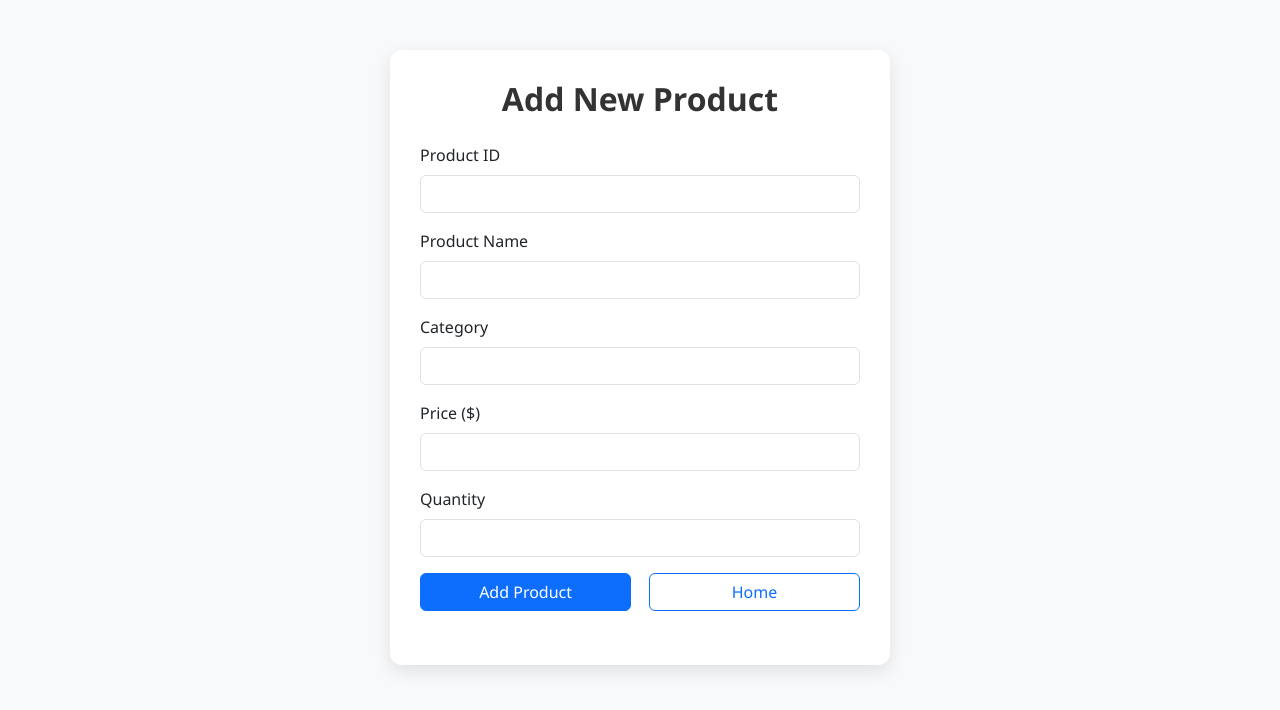
Repository: srushtinb/ProductManagementSystem
Page: http://localhost/ProductManagementSystem/productadd.jsp
The author's editor kept a copy of each file at every save. The page is drawn from the files as they stood at one save, then again after the next save.
The browser window is 1280 px wide. The pictures show the whole page.
Some web libraries are served in a nearby version. The page is served by Tomcat 9. Other server files are loaded and not shown.

Above is the page before, as saved 2025-05-27 10:25:14.

### ProductManagementSystem/src/main/webapp/productadd.jsp
<%@ page contentType="text/html;charset=UTF-8" language="java" %>
<!DOCTYPE html>
<html lang="en">
<head>
    <meta charset="UTF-8">
    <title>Add Product</title>
    <link href="https://cdn.jsdelivr.net/npm/bootstrap@5.4.3/dist/css/bootstrap.min.css" rel="stylesheet">
    <style>
        body {
            background-color: #f8f9fa;
            font-family: 'Segoe UI', Tahoma, Geneva, Verdana, sans-serif;
        }
        .form-container {
            max-width: 500px;
            margin: 50px auto;
            padding: 30px;
            background: #fff;
            border-radius: 12px;
            box-shadow: 0 6px 18px rgba(0, 0, 0, 0.1);
        }
        h2 {
            margin-bottom: 25px;
            text-align: center;
            font-weight: bold;
            color: #333;
        }
        .btn-group-custom {
            display: flex;
            justify-content: space-between;
        }
        .btn-group-custom .btn {
            width: 48%;
        }
    </style>
</head>
<body>

<div class="container">
    <div class="form-container">
        <h2>Add New Product</h2>
        <form action="AddProductServlet" method="post" class="needs-validation" novalidate>
            <div class="mb-3">
                <label for="id" class="form-label">Product ID</label>
                <input type="number" class="form-control" id="id" name="id" required min="1">
                <div class="invalid-feedback">Please provide a valid Product ID.</div>
            </div>
            <div class="mb-3">
                <label for="name" class="form-label">Product Name</label>
                <input type="text" class="form-control" id="name" name="name" required maxlength="100">
                <div class="invalid-feedback">Please provide a product name.</div>
            </div>
            <div class="mb-3">
                <label for="category" class="form-label">Category</label>
                <input type="text" class="form-control" id="category" name="category" required maxlength="50">
                <div class="invalid-feedback">Please provide a category.</div>
            </div>
            <div class="mb-3">
                <label for="price" class="form-label">Price ($)</label>
                <input type="number" step="0.01" class="form-control" id="price" name="price" required min="0">
                <div class="invalid-feedback">Please provide a valid price.</div>
            </div>
            <div class="mb-3">
                <label for="quantity" class="form-label">Quantity</label>
                <input type="number" class="form-control" id="quantity" name="quantity" required min="0">
                <div class="invalid-feedback">Please provide quantity.</div>
            </div>

            <div class="btn-group-custom">
                <button type="submit" class="btn btn-primary">Add Product</button>
                <a href="index.jsp" class="btn btn-outline-primary">Home</a>
            </div>
        </form>

        <br/>
        <% if(request.getAttribute("message") != null) { %>
            <div class="alert alert-info text-center"><%= request.getAttribute("message") %></div>
        <% } %>
    </div>
</div>

<script>
    // Bootstrap form validation
    (() => {
        'use strict'
        const forms = document.querySelectorAll('.needs-validation')
        Array.from(forms).forEach(form => {
            form.addEventListener('submit', event => {
                if (!form.checkValidity()) {
                    event.preventDefault()
                    event.stopPropagation()
                }
                form.classList.add('was-validated')
            }, false)
        })
    })()
</script>

<script src="https://cdn.jsdelivr.net/npm/bootstrap@5.4.3/dist/js/bootstrap.bundle.min.js"></script>
</body>
</html>

After the next save:
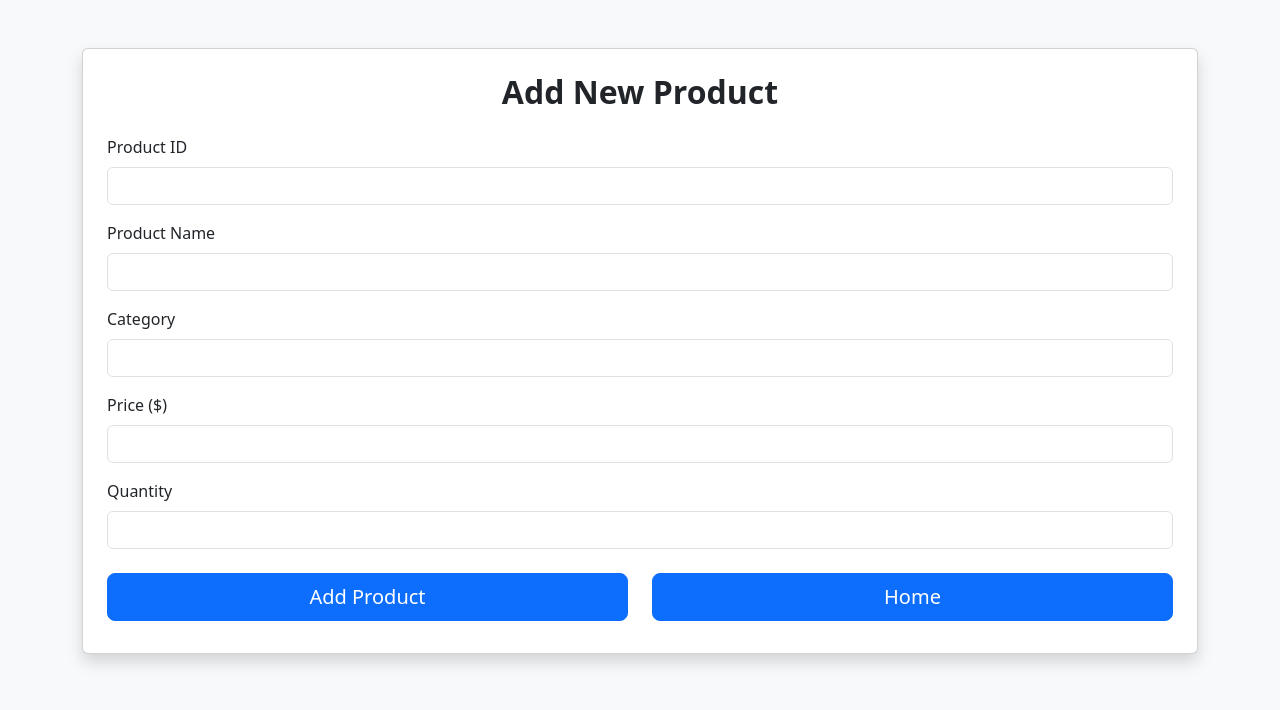
Saved 2 min 35 s later.
--- a/ProductManagementSystem/src/main/webapp/productadd.jsp
+++ b/ProductManagementSystem/src/main/webapp/productadd.jsp
@@ -2,99 +2,76 @@
 <!DOCTYPE html>
 <html lang="en">
 <head>
-    <meta charset="UTF-8">
     <title>Add Product</title>
-    <link href="https://cdn.jsdelivr.net/npm/bootstrap@5.4.3/dist/css/bootstrap.min.css" rel="stylesheet">
-    <style>
-        body {
-            background-color: #f8f9fa;
-            font-family: 'Segoe UI', Tahoma, Geneva, Verdana, sans-serif;
-        }
-        .form-container {
-            max-width: 500px;
-            margin: 50px auto;
-            padding: 30px;
-            background: #fff;
-            border-radius: 12px;
-            box-shadow: 0 6px 18px rgba(0, 0, 0, 0.1);
-        }
-        h2 {
-            margin-bottom: 25px;
-            text-align: center;
-            font-weight: bold;
-            color: #333;
-        }
-        .btn-group-custom {
-            display: flex;
-            justify-content: space-between;
-        }
-        .btn-group-custom .btn {
-            width: 48%;
-        }
-    </style>
+    <link href="https://cdn.jsdelivr.net/npm/bootstrap@5.3.0/dist/css/bootstrap.min.css" rel="stylesheet">
 </head>
-<body>
+<body class="bg-light">
+<div class="container py-5">
+    <div class="card shadow p-4">
+        <h2 class="mb-4 text-center fw-bold">Add New Product</h2>
 
-<div class="container">
-    <div class="form-container">
-        <h2>Add New Product</h2>
         <form action="AddProductServlet" method="post" class="needs-validation" novalidate>
             <div class="mb-3">
                 <label for="id" class="form-label">Product ID</label>
                 <input type="number" class="form-control" id="id" name="id" required min="1">
                 <div class="invalid-feedback">Please provide a valid Product ID.</div>
             </div>
+
             <div class="mb-3">
                 <label for="name" class="form-label">Product Name</label>
                 <input type="text" class="form-control" id="name" name="name" required maxlength="100">
                 <div class="invalid-feedback">Please provide a product name.</div>
             </div>
+
             <div class="mb-3">
                 <label for="category" class="form-label">Category</label>
                 <input type="text" class="form-control" id="category" name="category" required maxlength="50">
                 <div class="invalid-feedback">Please provide a category.</div>
             </div>
+
             <div class="mb-3">
                 <label for="price" class="form-label">Price ($)</label>
                 <input type="number" step="0.01" class="form-control" id="price" name="price" required min="0">
                 <div class="invalid-feedback">Please provide a valid price.</div>
             </div>
+
             <div class="mb-3">
                 <label for="quantity" class="form-label">Quantity</label>
                 <input type="number" class="form-control" id="quantity" name="quantity" required min="0">
                 <div class="invalid-feedback">Please provide quantity.</div>
             </div>
 
-            <div class="btn-group-custom">
-                <button type="submit" class="btn btn-primary">Add Product</button>
-                <a href="index.jsp" class="btn btn-outline-primary">Home</a>
+            <div class="row mt-4">
+                <div class="col-md-6 mb-2">
+                    <button type="submit" class="btn btn-primary btn-lg w-100">Add Product</button>
+                </div>
+                <div class="col-md-6 mb-2">
+                    <a href="index.jsp" class="btn btn-primary btn-lg w-100">Home</a>
+                </div>
             </div>
         </form>
 
-        <br/>
-        <% if(request.getAttribute("message") != null) { %>
-            <div class="alert alert-info text-center"><%= request.getAttribute("message") %></div>
+        <% if (request.getAttribute("message") != null) { %>
+            <div class="alert alert-info mt-3"><%= request.getAttribute("message") %></div>
         <% } %>
     </div>
 </div>
 
 <script>
-    // Bootstrap form validation
-    (() => {
-        'use strict'
-        const forms = document.querySelectorAll('.needs-validation')
-        Array.from(forms).forEach(form => {
-            form.addEventListener('submit', event => {
-                if (!form.checkValidity()) {
-                    event.preventDefault()
-                    event.stopPropagation()
-                }
-                form.classList.add('was-validated')
-            }, false)
-        })
-    })()
+// Bootstrap validation
+(() => {
+  'use strict';
+  const forms = document.querySelectorAll('.needs-validation');
+  Array.from(forms).forEach(form => {
+    form.addEventListener('submit', event => {
+      if (!form.checkValidity()) {
+        event.preventDefault();
+        event.stopPropagation();
+      }
+      form.classList.add('was-validated');
+    }, false);
+  });
+})();
 </script>
-
-<script src="https://cdn.jsdelivr.net/npm/bootstrap@5.4.3/dist/js/bootstrap.bundle.min.js"></script>
 </body>
 </html>
